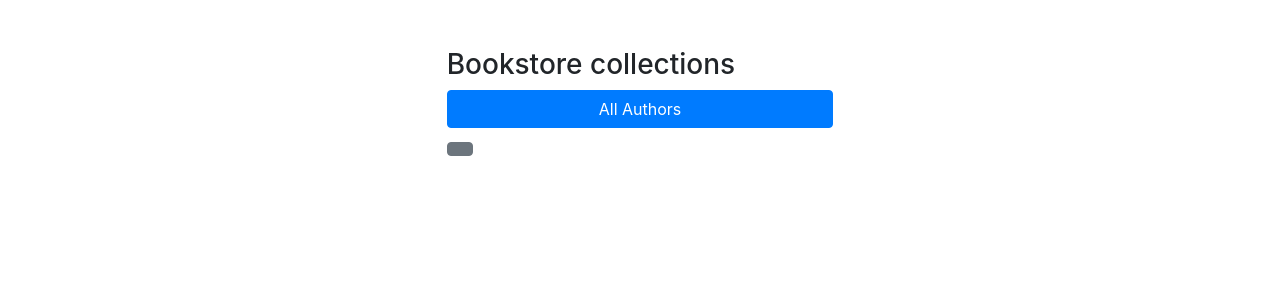
Repository: Temur-Sufiyanov/CBV
Page: http://localhost/
These files come from the project's save history. The page is drawn as it stood at one moment and after the next save; the edit follows.
The browser window is 1280 px wide. The pictures show the whole page.
The page is served by the project's application, run on Django 5.2 (manage.py). Other server files are loaded and not shown.

Above is the page before, as saved 2024-12-19 15:53:36.

### new_books/templates/new_books/home.html
{% extends 'new_books/base.html' %}

{% block title %}
    Home Page
{% endblock title %}

{% block content %}
<h3>Bookstore collections</h3>
<a href="" role="button" class="btn btn-primary w-100 mb-2">All Authors</a>
<a href="" role="button" class="btn btn-secondary "></a>
{% comment %} <div class="container mt-4">
    <h1 class="text-center">Books and Authors</h1>
    <table class="table table-bordered mt-4">
        <thead>
            <tr>
                <th>#</th>
                <th>Book Name</th>
                <th>Author Name</th>
            </tr>
        </thead>
        <tbody>
            {% for book in books %}
                <tr>
                    <td>{{ forloop.counter }}</td>
                    <td>{{ book.name }}</td>
                    <td>{{ book.author.name }}</td>
                </tr>
            {% empty %}
                <tr>
                    <td colspan="3" class="text-center">No books available.</td>
                </tr>
            {% endfor %}
        </tbody>
    </table>
</div> {% endcomment %}
{% endblock content %}

### new_books/templates/new_books/base.html
<!DOCTYPE html>
<html lang="en">
<head>
    <meta charset="UTF-8">
    <meta name="viewport" content="width=device-width, initial-scale=1.0">
    <link rel="stylesheet" href="https://stackpath.bootstrapcdn.com/bootstrap/4.5.2/css/bootstrap.min.css">
    <title>{% block title %} Home {% endblock title %}</title>
</head>
<body>
    <main>
        <div class="container-fluid">
            <div class="d-flex align-items-center py-5">
                <div class="col-12 col-md-6 col-lg-4 mx-auto">
                    {% block content %}

                    {% endblock content %}
                </div>
            </div>
        </div>
    </main>
</body>
</html>

### new_books/views.py
from django.shortcuts import render
from django.views.generic import (TemplateView)
# Create your views here.

class HomeView(TemplateView):
    template_name = 'new_books/home.html'

### core/urls.py
"""
URL configuration for core project.

The `urlpatterns` list routes URLs to views. For more information please see:
    https://docs.djangoproject.com/en/5.1/topics/http/urls/
Examples:
Function views
    1. Add an import:  from my_app import views
    2. Add a URL to urlpatterns:  path('', views.home, name='home')
Class-based views
    1. Add an import:  from other_app.views import Home
    2. Add a URL to urlpatterns:  path('', Home.as_view(), name='home')
Including another URLconf
    1. Import the include() function: from django.urls import include, path
    2. Add a URL to urlpatterns:  path('blog/', include('blog.urls'))
"""
from django.contrib import admin
from django.urls import path, include

urlpatterns = [
    path('admin/', admin.site.urls),
    # path('', include('cbv.urls')),
    path('',include('new_books.urls', namespace='books' )),
]

### new_books/urls.py
from django.urls import path
from .views import (HomeView)

app_name = 'books'

urlpatterns = [
    path('', HomeView.as_view(), name='home'),
]

After the next save:
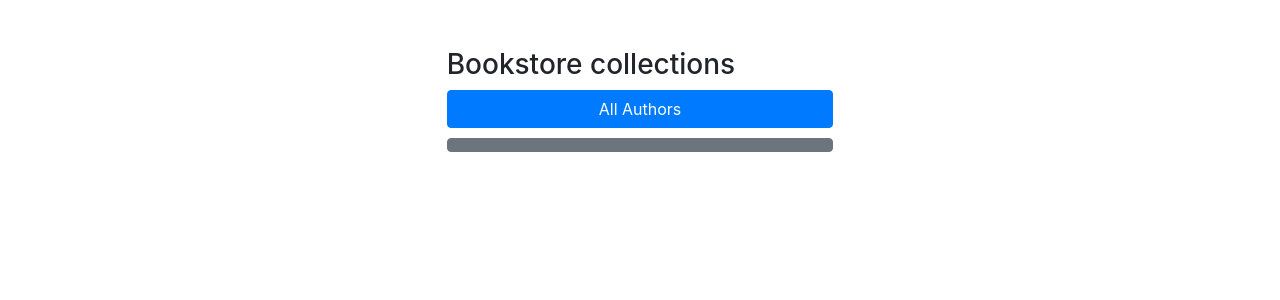
Saved 6 s later.
--- a/new_books/templates/new_books/home.html
+++ b/new_books/templates/new_books/home.html
@@ -7,7 +7,7 @@
 {% block content %}
 <h3>Bookstore collections</h3>
 <a href="" role="button" class="btn btn-primary w-100 mb-2">All Authors</a>
-<a href="" role="button" class="btn btn-secondary "></a>
+<a href="" role="button" class="btn btn-secondary w-100 mb-2"></a>
 {% comment %} <div class="container mt-4">
     <h1 class="text-center">Books and Authors</h1>
     <table class="table table-bordered mt-4">
